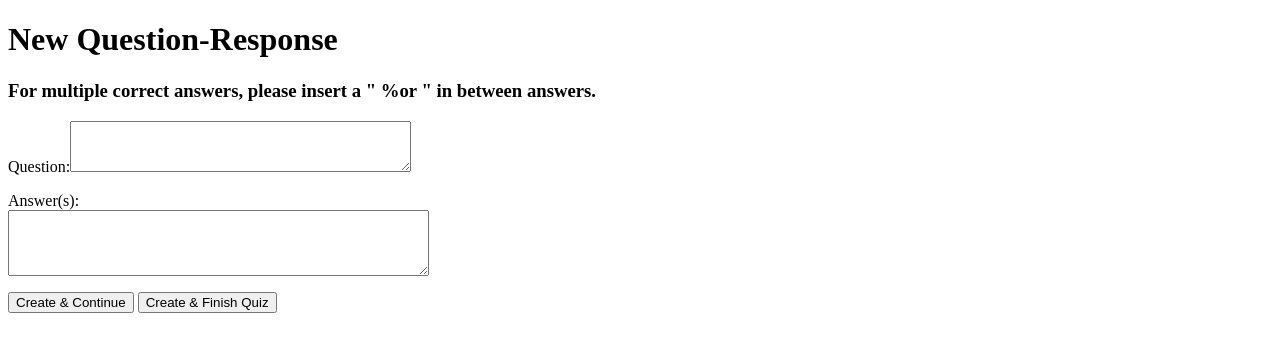
Repository: sarahhtn/CS108_final_project
Page: QuizWebsite/WebContent/CreateQR.html
The author's editor kept a copy of each file at every save. The page is drawn from the files as they stood at one save, then again after the next save.
The browser window is 1280 px wide. The pictures show the whole page.

Above is the page before, as saved 2013-11-16 21:39:03.

After the next save:
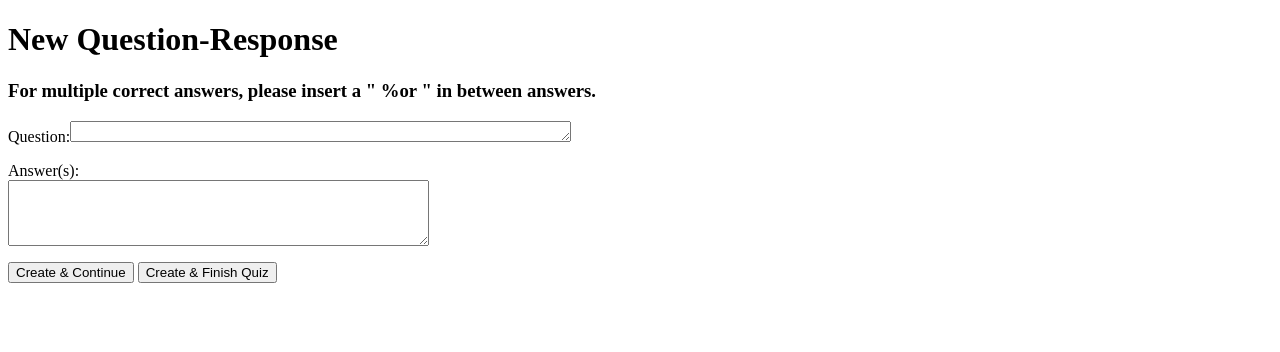
Saved 15 s later.
--- a/QuizWebsite/WebContent/CreateQR.html
+++ b/QuizWebsite/WebContent/CreateQR.html
@@ -9,7 +9,7 @@
 <h3>For multiple correct answers, please insert a " %or " in between answers.</h3>
 
 <form action="QRServlet" method="post">
-<p>Question:<textarea rows = "3" cols = "40" name="question"></textarea> </p>
+<p>Question:<textarea rows = "1" cols = "60" name="question"></textarea> </p>
 <p>Answer(s): <br> <textarea rows = "4" cols = "50" name="answer"></textarea> </p>
 <input type="submit" value="Create & Continue"/>
 <input type="submit" value="Create & Finish Quiz"/>
